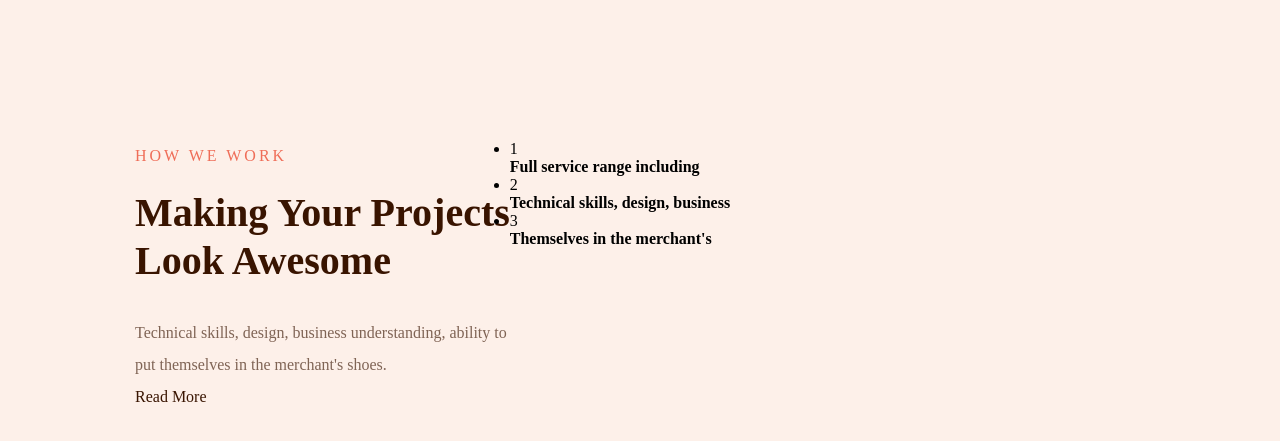
Repository: kubrazamanova/Project-3
Page: index.html
These files come from the project's save history. The page is drawn as it stood at one moment and after a run of saves; the edit follows.
The browser window is 1280 px wide. The pictures show the whole page.

Above is the page before, as saved 2023-09-13 19:19:44.

After the next 2 saves:
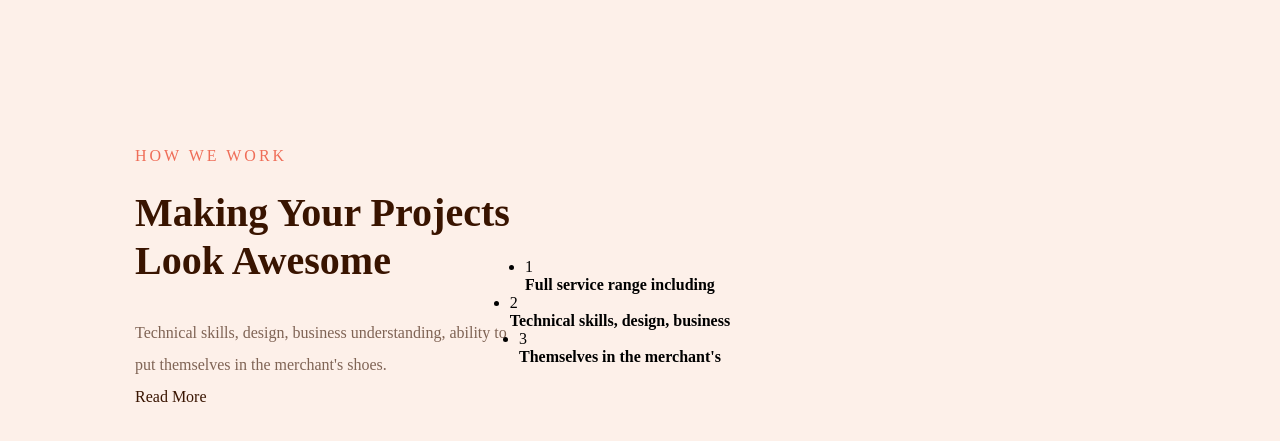
The 2 saves are shown as one change because they came seconds apart.
The last was saved 12 s later.
--- a/index.css
+++ b/index.css
@@ -55,7 +55,7 @@
   text-decoration: none;
 }
 
-.lesson ul {
+ul {
 display: flex;
 align-items: center;
 justify-content: center;
